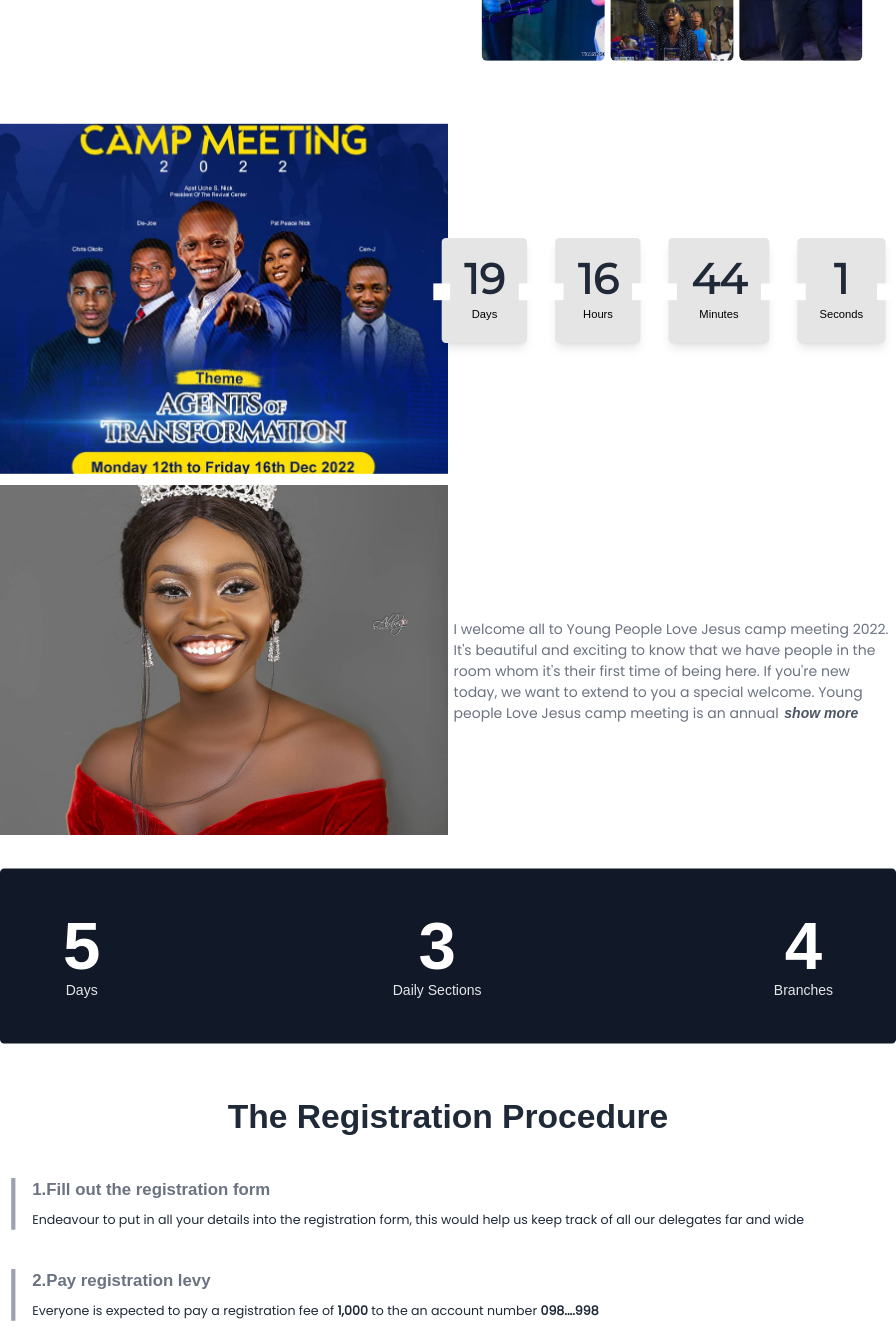
Repository: Ifenna-Pascal/user-camp-onboarding
Page: /
The author's editor kept a copy of each file at every save. The page is drawn from the files as they stood at one save, then again after the next save.
The browser window is 1280 px wide. The pictures show the part of the page from y = 627 to 2547 px (the page is 3406 px tall), at 70% of full size.
Some web fonts or font styles are not loaded; a fallback is used. The project was rebuilt for these pictures with package versions that can differ from the ones it lists, and the page was loaded fresh each time. The framework's server and built-in components were replaced by stand-ins that run in the browser. Also part of the build but not shown: next.config.js, components/hooks/useSetting.jsx, components/general/Carousel.jsx, components/sections/HowItWorks.jsx, styles/Home.module.css.

Above is the page before, as saved 2022-11-26 11:27:58.

### pages/_app.js
import Mainlayout from "../components/layout";
import "../styles/globals.css";
import "remixicon/fonts/remixicon.css";

function MyApp({ Component, pageProps }) {
  return (
    <Mainlayout>
      <Component {...pageProps} />
    </Mainlayout>
  );
}

export default MyApp;

### components/layout/index.jsx
import React from "react";
import Footer from "./Footer";
import Nav from "./Nav";

function Mainlayout({ children }) {
  return (
    <div className="relative">
      <Nav />
      <main>{children}</main>
      <Footer />
    </div>
  );
}

export default Mainlayout;

### styles/globals.css
@import url('https://fonts.googleapis.com/css2?family=Poppins&family=Sono:wght@400;500&display=swap');
@import url('https://fonts.googleapis.com/css2?family=Montserrat&family=Source+Sans+Pro&display=swap');

* {
  padding: 0;
  margin: 0;
  box-sizing: border-box;
  scroll-behavior: smooth;
}

html,
body {
  padding: 0;
  margin: 0;
  font-family: -apple-system, BlinkMacSystemFont, Segoe UI, Roboto, Oxygen,
    Ubuntu, Cantarell, Fira Sans, Droid Sans, Helvetica Neue, sans-serif;
}

a {
  color: inherit;
  text-decoration: none;
}

* {
  box-sizing: border-box;
}

@media (prefers-color-scheme: dark) {
  html {
    color-scheme: dark;
  }
  body {
    color: white;
    background: black;
  }
}

@tailwind base;
@tailwind components;
@tailwind utilities;

### components/layout/Footer.jsx
import React from "react";

function Footer() {
  return (
    <div className="bg-gray-900 w-full h-[70px]  flex items-center justify-center">
      <p className="text-center flex items-center text-white font-sono text-xl">
        {" "}
        <span className="text-4xl mr-2">&copy;</span> YPLJ Camp Meeting 2022{" "}
      </p>
    </div>
  );
}

export default Footer;

### components/layout/Nav.jsx
import Link from "next/link";
import { useRouter } from "next/router";
import React, { useState } from "react";
import Button from "../general/Button";
import NavLink from "../general/NavLink";

function Nav() {
  const [show, setShow] = useState(false);
  const router = useRouter();
  const toggle = () => {
    setShow(!show);
  };
  return (
    <div className="lg:sticky  top-0 w-full shadow-sm mb-4 z-50 px-6 lg:px-0 bg-white">
      <nav className="w-full lg:py-6 py-5 flex items-center  lg:max-w-[1450px] lg:mx-auto justify-between">
        <Link href="/">
          {" "}
          <h1 className="font-sono text-2xl lg:text-4xl ">YEMs</h1>
        </Link>
        <ul className="lg:flex items-center hidden justify-between">
          <NavLink href="/#home" name="About Us" />
          <NavLink href="/#process" name="Process" />
          <NavLink href="/#reviews" name="Reviews" />
          <Link href="/register">
            <Button text="Register" />
          </Link>
        </ul>
        <button
          className='block md:hidden className="w-full px-2 py-1 rounded-lg text-AP-grey-200 hover:text-AP-blue-200 border-AP-grey-200 hover:border-AP-blue-400'
          onClick={toggle}
        >
          <i
            className={`${
              !show ? "ri-menu-3-fill duration-500" : "ri-close-line"
            } text-2xl text-gray-800`}
          />
        </button>
      </nav>
      <div
        className={`flex lg:hidden ${
          show
            ? "flex duration-500  flex-col items-center space-y-8 pt-2 "
            : "hidden"
        }`}
      >
        <NavLink href="/#home" name="About Us" />
        <NavLink href="/#process" name="Process" />
        <NavLink href="/#reviews" name="Reviews" />
        {router.pathname !== "/register" && (
          <Link href="/register">
            <Button text="Register" onClick={() => setShow(false)} />
          </Link>
        )}
      </div>
    </div>
  );
}

export default Nav;

### components/sections/CountDown.jsx
/* eslint-disable @next/next/no-img-element */
import React, { useState, useEffect, useRef } from "react";
import { CircularProgressbar, buildStyles } from "react-circular-progressbar";
import "react-circular-progressbar/dist/styles.css";
import CountUp from "react-countup";

function CountDown() {
  // timer counter state
  let [days, setDays] = useState("00");
  let [hours, setHours] = useState("00");
  let [mins, setMins] = useState("00");
  let [secs, setSecs] = useState("00");
  const [display, setDisplay] = useState(false);
  let interval = useRef();

  // time counter function
  let startTimer = () => {
    let countdownDate = new Date("Dec 12, 2022 12:00:00").getTime();
    interval = setInterval(() => {
      let now = new Date().getTime();
      let distance = countdownDate - now;
      let days = Math.floor(distance / (1000 * 60 * 60 * 24));
      let hours = Math.floor(
        (distance % (1000 * 60 * 60 * 24)) / (1000 * 60 * 60)
      );
      let mins = Math.floor((distance % (1000 * 60 * 60)) / (1000 * 60));
      let secs = Math.floor((distance % (1000 * 60)) / 1000);
      if (distance < 0) {
        setDisplay(false);
      } else {
        setDisplay(true);
        setDays(days);
        setHours(hours);
        setMins(mins);
        setSecs(secs);
      }
    }, 1000);
  };

  // countdown functionality on load
  useEffect(() => {
    startTimer();
    const currentValue = interval.current;
    return () => {
      clearInterval(currentValue);
    };
  }, []);

  return (
    <div className="grid grid-cols-1 lg:grid-cols-2 items-center justify-center ">
      <div className="w-full -mt-8  h-[500px]">
        <img
          src="/assets/flyer.jpg"
          alt="campFlyer"
          className="w-full h-full object-center object-cover"
        />
      </div>
      {display && (
        <div className="w-full flex  justify-center  pt-10 pb-12 lg:pb-24 md:max-w-[900px] lg:mx-auto  lg:gap-4 px-8">
          <TimeDisplay time={days} text="Days" />
          <TimeDisplay time={hours} text="Hours" />
          <TimeDisplay time={mins} text="Minutes" />
          <TimeDisplay time={secs} text="Seconds" sec />
        </div>
      )}
    </div>
  );
}

export default CountDown;

const TimeDisplay = ({ time, text, sec }) => (
  <div className=" bg-[#e5e5e5] flex items-center  justify-center p-8 w-[75px] lg:w-[180px] mr-4 lg:mr-6 rounded-md h-[80px] lg:h-[150px] relative shadow-lg">
    {/* <div className="absolute top-[50%] w-full bg-gray-600 h-[2px]"></div> */}
    <div className="bg-white absolute -left-3 w-4 lg:w-6  h-4 lg:h-6 top-[43%] "></div>
    <div className="bg-white absolute -right-3 w-4 lg:w-6  h-4 lg:h-6 top-[43%] "></div>
    <div className="flex flex-col items-center">
      <h1 className="text-gray-800 text-2xl lg:text-6xl mb-2 font-semibold font-montserat block">
        {sec ? (
          time
        ) : (
          <CountUp
            end={time}
            duration={2.75}
            useEasing
            enableScrollSpy
            scrollSpyDelay={1}
          />
        )}
      </h1>
      <p className="text-center block text-sm lg:text-base font-sono">{text}</p>
    </div>
  </div>
);

### components/sections/Hero.jsx
import Link from "next/link";
import React from "react";
import Button from "../general/Button";
import HeroRight from "../general/HeroRight";

function Hero() {
  return (
    <div
      id="home"
      className="lg:h-[90vh] min-h-screen  grid grid-cols-1 lg:grid-cols-2"
    >
      <div className="w-full flex py-6 lg:py-0  lg:-mt-8 lg:items-start items-center flex-col justify-center h-full">
        <h1 className="text-3xl lg:text-6xl text-gray-800 text-center lg:text-left leading-[50px] lg:leading-[75px] font-semibold font-sono">
          Raising Agents Of Transformation
        </h1>

        <p className="text-lg lg:max-w-[600px] text-gray-700 py-2 text-center lg:text-left leading-[35px] lg:leading-[30px] font-poppins px-4 lg:px-0 lg:pr-[50px]">
          In the last days, says the Lord, I will pour out my spirit upon all
          flesh, and your <b>sons and daughters</b> shall prophesy, your old men
          shall dream dreams, shall see visions. <strong>Joel 2:28</strong>
        </p>
        <div className="mt-4">
          <Link href={"/register"}>
            {" "}
            <Button text={"Join Us"} />
          </Link>
        </div>
      </div>
      <div className="lg:p-4 w-[97%]   h-full mx-auto lg:w-full">
        {" "}
        <HeroRight />{" "}
      </div>
    </div>
  );
}

export default Hero;

### components/sections/Numerics.jsx
import React from "react";
import CountUp from "react-countup";
function Numerics() {
  return (
    <div className="bg-gray-900 rounded-md px-3 lg:px-0 flex lg:flex-row flex-col justify-center my-12 min-h-[600px] lg:min-h-[250px] w-full">
      <div className="lg:max-w-[1100px] flex lg:flex-row flex-col lg:items-center w-full justify-between mx-auto">
        <Numeric figure={5} text="Days" />
        <Numeric figure={3} text="Daily Sections" />
        <Numeric figure={4} text="Branches" />
      </div>
    </div>
  );
}

export default Numerics;

const Numeric = ({ figure, text }) => (
  <div className="flex flex-col cursor-pointer mb-12 lg:mb-0 items-center">
    <h1 className="text-white hover:scale-[1.3] hover:mb-2 duration-500 font-sono font-semibold text-8xl">
      <CountUp
        end={figure}
        duration={2.75}
        useEasing
        enableScrollSpy
        scrollSpyDelay={1}
      />
    </h1>
    <p className="text-center font-sono text-xl text-gray-200">{text}</p>
  </div>
);

### components/sections/Reviews.jsx
import React from "react";
import Header from "../general/Header";
import ReviewCarousel from "../general/ReviewCarousel";

function Reviews() {
  return (
    <div className="mb-24" id="reviews">
      <Header
        header={"What The People Say..."}
        // content="Lorem ipsum dolor sit amet consectetur adipisicing elit. Culpa saepe iusto nisi! Nostrum tempore consequatur rerum! Cumque sequi tenetur ea! Impedit delectus facere est cupiditate, voluptatibus adipisci ipsum consectetur beatae."
      />
      <ReviewCarousel />
    </div>
  );
}

export default Reviews;

### components/sections/Speech.jsx
/* eslint-disable @next/next/no-img-element */
import React, { useState } from "react";

function Speech() {
  const [show, setShow] = useState(false);
  let p = `  I welcome all to Young People Love Jesus camp meeting 2022. It's
    beautiful and exciting to know that we have people in the room whom
    it's their first time of being here. If you're new today, we want to
    extend to you a special welcome. Young people Love Jesus camp meeting
    is an annual programme geared towards bringing young people all over
    the world together, leading them through the process of salvation by
    the help of the Holy Spirit (for those who haven't experienced this),
    passing them through teachings and training made to equip them for the
    days ahead, and helping them through Christ fulfill their purposes.
    The theme for this year - Agents of Transformation - has kept me
    bubbling with excitement and earnest expectation as to what this
    year's camp meeting holds for us and I can't wait to take hold of the
    prophesies and words from God for me and I hope it's same with you?
    The Lord is about to take us to a new level, are you ready for it?
    Like our Daddy, Apostle Uche S. Nick would say, With Jesus joy in my
    heart,I say once again, you're welcome!`;
  let distance = show ? p.length - 1 : 302;
  return (
    <div className="grid grid-cols-1 lg:grid-cols-2 pt-12 items-center justify-center ">
      <div className="w-full -mt-8  h-[500px]">
        <img
          src="/assets/miss.jpg"
          alt="campFlyer"
          className="w-full h-full object-center object-cover"
        />
      </div>
      <div>
        <p className="text-left block text-xl  font-poppins  leading-[30px] text-gray-500 py-4 px-2">
          {p.substring(0, distance)}
          <span
            className="font-semibold italic duration-300 px-2 cursor-pointer font-sono text-gray-600"
            onClick={() => setShow(!show)}
          >
            {show ? "show less" : "show more"}
          </span>
        </p>
      </div>
    </div>
  );
}

export default Speech;

### components/sections/Steps.jsx
import React from "react";
import Header from "../general/Header";

const Payment = () => (
  <p>
    Everyone is expected to pay a registration fee of <strong>1,000</strong> to
    the an account number <strong>098....998</strong>
  </p>
);

function Steps() {
  return (
    <div className="flex items-start my-6 mx-4 flex-col">
      <Header header="The Registration Procedure " />
      <StepProcess
        header="1.Fill out the registration form"
        content="Endeavour to put in all your details into the registration form, this would help us keep track of all our delegates far and wide"
      />
      <StepProcess header="2.Pay registration levy" content=<Payment /> />
      <StepProcess
        header="3.Send out proof of payment"
        content={`Send proof of payment to the specified whatsApp contact `}
      />{" "}
    </div>
  );
}

export default Steps;

const StepProcess = ({ header, content }) => {
  return (
    <div
      className={`
        border-l-[6px] block pl-6
      mb-14 duration-500 border-gray-400 lg:pr-16`}
    >
      <h1
        className={`font-sono mb-3
          text-gray-500
        text-2xl block font-semibold`}
      >
        {header}
      </h1>
      <p
        className={`block text-lg font-poppins  leading-[30px]
           text-gray-800
        `}
      >
        {content}
      </p>
    </div>
  );
};

### components/general/Button.jsx
import React from "react";

function Button({ text, ...rest }) {
  return (
    <button
      className="bg-gray-800 px-12 py-3 hover:bg-white hover:text-black hover:border hover:border-black duration-500 hover:ease-in-out text-white font-sono text-xl"
      {...rest}
    >
      {text}
    </button>
  );
}

export default Button;

### components/general/NavLink.jsx
import Link from "next/link";
import React from "react";

function NavLink({ href, name }) {
  return (
    <Link href={href}>
      <span className="text-black px-4 text-xl font-sono mr-6 font-500">
        {name}
      </span>
    </Link>
  );
}

export default NavLink;

### components/general/HeroRight.jsx
/* eslint-disable @next/next/no-img-element */
import React from "react";

function HeroRight() {
  return (
    <div className="grid grid-cols-3 lg:px-8   mt-8 lg:my-0 pr-0  max-h-[700px] w-full gap-2 grid-rows-6">
      <div class="w-full row-start-1 row-span-3">
        <img
          src="/assets/camping20.jpg"
          alt="Photo by Claudio Schwarz on Unsplash"
          class="inset-0 h-full w-full object-cover object-center  rounded-lg  "
        />
      </div>
      <div class="w-full row-start-4  col-span-1 col-start-1 row-end-6">
        <img
          src="/assets/camp5.jpg"
          alt="Photo by Claudio Schwarz on Unsplash"
          class="inset-0 h-full w-full object-cover object-center  rounded-lg  "
        />
      </div>
      {/* <div className="grid  gap-y-4 h-full w-full h-full row-span-5  col-span-1"> */}
      <div className="row-start-1  w-full row-span-1 col-start-2 col-span-1">
        {/* <ImageBox color="bg-red-400" /> */}
        <img
          src="/assets/camp6.jpg"
          alt="Photo by Claudio Schwarz on Unsplash"
          class="inset-0 h-full w-full object-cover object-center  rounded-lg  "
        />
      </div>
      <div className="row-start-2 row-span-3  w-full col-start-2 col-span-1">
        <img
          src="/assets/camp13.jpg"
          alt="Photo by Claudio Schwarz on Unsplash"
          class="inset-0 h-full w-full object-cover object-center  rounded-lg  "
        />
      </div>
      <div className="row-start-5  w-full  row-span-1 col-start-2 col-span-1">
        <img
          src="/assets/camp3.jpg"
          alt="Photo by Claudio Schwarz on Unsplash"
          class="inset-0 h-full w-full object-cover object-center  rounded-lg  "
        />
      </div>
      <div className="col-start-3  row-span-2">
        <img
          src={"/assets/camp11.jpg"}
          alt="Photo by Claudio Schwarz on Unsplash"
          class="inset-0 h-full w-full object-cover object-center bg-center  rounded-lg  "
        />
      </div>
      <div className="col-start-3  row-start-3 row-span-3">
        <img
          src={"/assets/camp10.jpg"}
          alt="Photo by Claudio Schwarz on Unsplash"
          class="inset-0 h-full w-full object-cover object-center bg-center  rounded-lg  "
        />
      </div>
    </div>
  );
}

export default HeroRight;

const ImageBox = ({ color }) => {
  return (
    <div className={`w-full h-full bg-red  rounded-lg-lg ${color}`}>
      <img
        src="https://images.unsplash.com/photo-1539183204366-63a0589187ab?ixlib=rb-4.0.3&ixid=MnwxMjA3fDB8MHxzZWFyY2h8MTh8fGNhbXBpbmd8ZW58MHx8MHx8&auto=format&fit=crop&w=600&q=60"
        alt="image"
        className=" rounded-lg-lg"
      />
    </div>
  );
};

### components/general/Header.jsx
import React from "react";

function Header({ header, content }) {
  return (
    <div className="flex flex-col px-2 lg:px-0 lg:max-w-[1000px] mx-auto items-center justify-center py-6 lg:py-8">
      <h1 className="text-gray-800 text-center lg:text-left text-2xl lg:text-5xl font-semibold font-sono block ">
        {header}
      </h1>
      <p className="block text-base  lg:text-lg text-center font-poppins text-gray-800 leading-[30px] py-2 lg:py-4">
        {content}
      </p>
    </div>
  );
}

export default Header;

### components/general/ReviewCarousel.jsx
/* eslint-disable jsx-a11y/alt-text */
/* eslint-disable @next/next/no-img-element */
import Slider from "react-slick";
import "slick-carousel/slick/slick.css";
import "slick-carousel/slick/slick-theme.css";
import { useState } from "react";
// import useDeviceSize from "../hooks/mediaHook";
import ReviewCard from "./ReviewCard";

const ReviewCarousel = () => {
  //   const [width] = useDeviceSize();
  const [current, setCurrent] = useState(false);
  const settings = {
    className: "center",
    autoplay: true,
    infinite: true,
    slidesToShow: 2,
    arrows: false,
    slideToScrool: 2,
    lazyLoad: true,
    focusOnSelect: true,
    draggable: true,
    dots: true,
    autoplaySpeed: 5000,
    speed: 2000,
    afterChange: (current) => setCurrent(current),
    customPaging: (i) => (
      <div
        className={`w-[25px]  mt-8 h-[4px] rounded-[10px] ${
          current === i ? "bg-black" : "bg-gray-300"
        }`}
      ></div>
    ),
    responsive: [
      {
        breakpoint: 450,
        settings: {
          autoplay: true,
          centerMode: false,
          //   vertical: true,
          infinite: true,
          //   centerPadding: "60px",
          slidesToShow: 1,
          slideToScroll: 1,
          arrows: false,
          draggable: true,
          dots: true,
          autoplaySped: 1000,
          speed: 500,
          beforeChange: (current) => setCurrent(current),
          customPaging: (i) => (
            <div
              className={`w-[20px]  mt-4 h-[4px] rounded-[10px] ${
                current === i ? "bg-gray-900" : "bg-gray-400"
              }`}
            ></div>
          ),
        },
      },
    ],
  };

  return (
    <div className="max-w-[1100px] mx-auto">
      <Slider {...settings}>
        <ReviewCard
          name="PSt Godswill"
          role="Enugu Branch"
          src={
            "https://images.unsplash.com/photo-1506794778202-cad84cf45f1d?ixlib=rb-4.0.3&ixid=MnwxMjA3fDB8MHxzZWFyY2h8M3x8bWVufGVufDB8fDB8fA%3D%3D&auto=format&fit=crop&w=600&q=60"
          }
        />
        <ReviewCard
          name={"Chidera Ede"}
          role="Lagos Branch"
          src="https://images.unsplash.com/photo-1595152452543-e5fc28ebc2b8?ixlib=rb-4.0.3&ixid=MnwxMjA3fDB8MHxzZWFyY2h8Mnx8bWVuJTIwcG9ydHJhaXR8ZW58MHx8MHx8&auto=format&fit=crop&w=600&q=60"
        />
        <ReviewCard
          name="PSt Godswill"
          role="Enugu Branch"
          src="https://images.unsplash.com/photo-1560250097-0b93528c311a?ixlib=rb-4.0.3&ixid=MnwxMjA3fDB8MHxwaG90by1wYWdlfHx8fGVufDB8fHx8&auto=format&fit=crop&w=387&q=80"
        />
        <ReviewCard
          name={"Chidera Ede"}
          role="Lagos Branch"
          src={
            "https://images.unsplash.com/photo-1624395213043-fa2e123b2656?ixlib=rb-4.0.3&ixid=MnwxMjA3fDB8MHxzZWFyY2h8OXx8bWVuJTIwcG9ydHJhaXR8ZW58MHx8MHx8&auto=format&fit=crop&w=600&q=60"
          }
        />
      </Slider>
    </div>
  );
};

export default ReviewCarousel;

### components/general/ReviewCard.jsx
/* eslint-disable jsx-a11y/alt-text */
/* eslint-disable @next/next/no-img-element */
import React from "react";

function ReviewCard({ name, role, src }) {
  return (
    <div className="min-w-[300px] relative  mx-4 min-h-[300px] flex shadow-md">
      <div className="flex absolute top-2 left-2 py-2">
        <i className="ri-single-quotes-r text-5xl text-gray-300 font-semibold"></i>
        <i className="ri-single-quotes-r text-5xl -ml-5  text-gray-300 font-semibold"></i>
      </div>
      <div className="flex flex-col relative pt-16 pb-6 px-5">
        <p className="py-4 font-poppins text-basev text-gray-600">
          Lorem ipsum dolor sit amet, consectetur adipisicing elit. Rem
          laudantium perferendis voluptas ipsa ea corrupti iure nulla repellat
          soluta praesentium quae pariatur quaerat a eligendi, illo dicta!
          Veniam quas iusto ex laudantium error aut, quisquam beatae, doloribus,
          ipsa odit ducimus.
        </p>
        <div className="flex flex-col w-full">
          <div className="w-[60px] mt-3 h-[60px]">
            <img
              className="w-full rounded-[50%] object-center object-cover bg-center bg-cover h-full"
              src={src}
            />
          </div>
          <h1 className="font-sono pt-2 text-lg font-semibold">{name}</h1>
          <p className="text-base font-sono text-gray-600">{role}</p>
        </div>
      </div>
    </div>
  );
}

export default ReviewCard;

### tailwind.config.js
/** @type {import('tailwindcss').Config} */
module.exports = {
  content: [
    "./pages/**/*.{js,ts,jsx,tsx}",
    "./components/**/*.{js,ts,jsx,tsx}",
  ],

  theme: {
    extend: {
      fontFamily: {
        sono: ["Sono", "sans-serif"],
        poppins: ["Poppins", "sans-serif"],
        montserat: ["Montserrat", "sans-serif"],
      },
    },
  },
  plugins: [],
};

Loaded but not shown: pages/index.js (28 lines, source omitted)

After the next save:
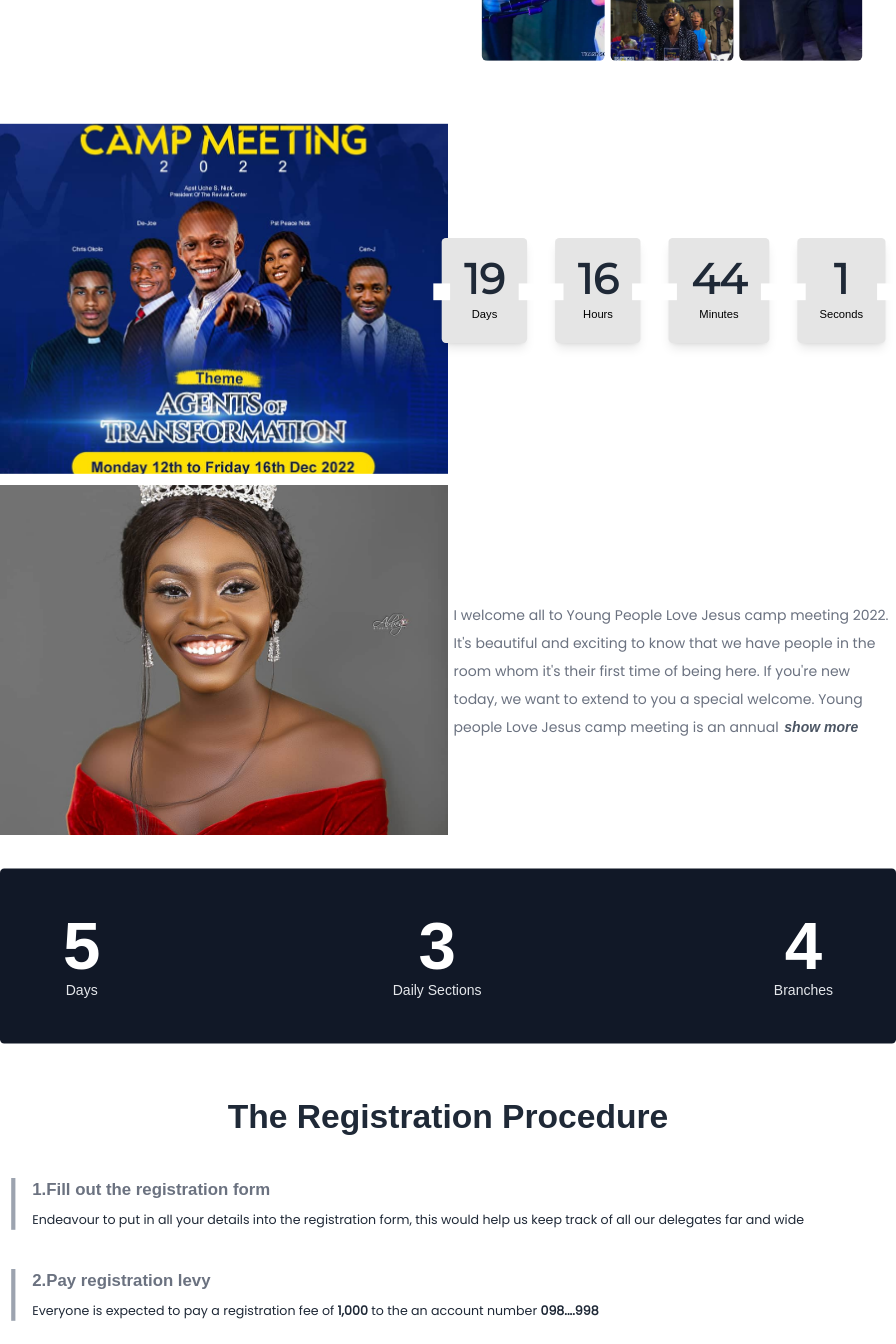
Saved 12 s later.
--- a/components/sections/Speech.jsx
+++ b/components/sections/Speech.jsx
@@ -30,7 +30,7 @@ function Speech() {
         />
       </div>
       <div>
-        <p className="text-left block text-xl  font-poppins  leading-[30px] text-gray-500 py-4 px-2">
+        <p className="text-left block text-xl  font-poppins  leading-[40px] text-gray-500 py-4 px-2">
           {p.substring(0, distance)}
           <span
             className="font-semibold italic duration-300 px-2 cursor-pointer font-sono text-gray-600"
